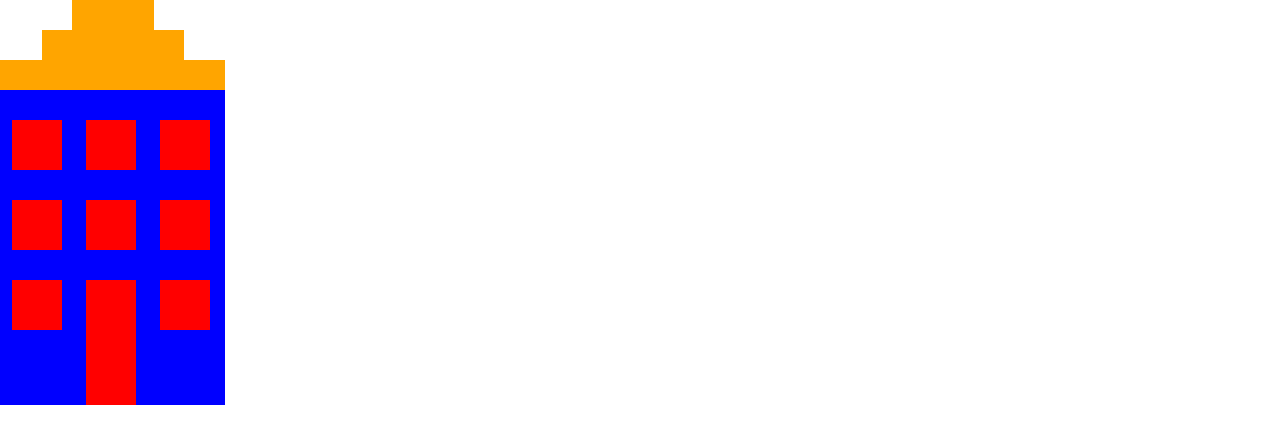
Repository: Luc010/Exercices
Page: HTML CSS/cours/float/float2.html
These files come from the project's save history. The page is drawn as it stood at one moment and after a run of saves; the edit follows.
The browser window is 1280 px wide. The pictures show the whole page.

Above is the page before, as saved 2019-09-05 14:50:59.

### HTML CSS/cours/float/float2.html
<!DOCTYPE html>
<html lang="en">
<head>
    <meta charset="UTF-8">
    <meta name="viewport" content="width=device-width, initial-scale=1.0">
    <meta http-equiv="X-UA-Compatible" content="ie=edge">
    <title>Document</title>
    <style>
        body{
            margin: 0;
            width: 960px;
        }
        .maison{
            margin-left: auto;
            margin-right: auto;
        }
        .toit{
            width: 225px;
        }
        .blocOrange{
            background-color: orange;
            margin-right: auto;
            margin-left: auto;
        }
        .base{
            background-color: blue;
            height: 315px;
            width: 225px;
        }
        .blocRed, .porte{
            background-color: red;
            height: 50px;
            width: 50px;
            margin: 30px 12px 0;
            float: left;
        }
    </style>
</head>
<body>
    <div class="maison">
        <div class="toit">
            <div class="blocOrange" style="height: 30px;width: 82px;"></div>
            <div class="blocOrange" style="height: 30px;width: 142px;"></div>
            <div class="blocOrange" style="height: 30px;width: 194x;"></div>
        </div>
        <div class="base">
            <div class="blocRed"></div>
            <div class="blocRed"></div>
            <div class="blocRed"></div>
            <div class="blocRed"></div>
            <div class="blocRed"></div>
            <div class="blocRed"></div>
            <div class="blocRed"></div>
            <div class="porte" style="margin: 30px 12px 0;height: 125px;"></div>
            <div class="blocRed"></div>
        </div>
    </div>
</body>
</html>

After the next 2 saves:
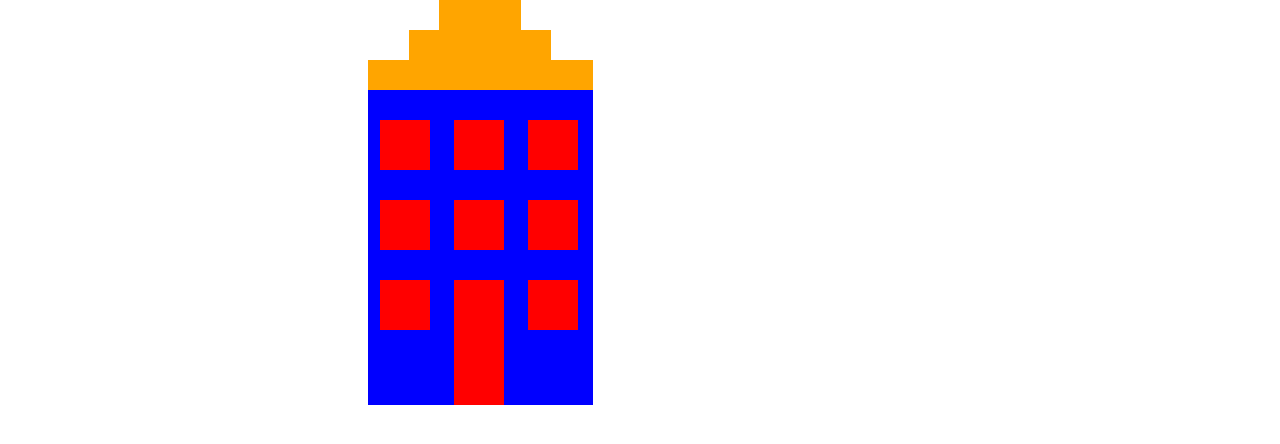
The 2 saves are shown as one change because they came seconds apart.
The last was saved 22 s later.
--- a/HTML CSS/cours/float/float2.html
+++ b/HTML CSS/cours/float/float2.html
@@ -11,6 +11,7 @@
             width: 960px;
         }
         .maison{
+            width: 225px;
             margin-left: auto;
             margin-right: auto;
         }
